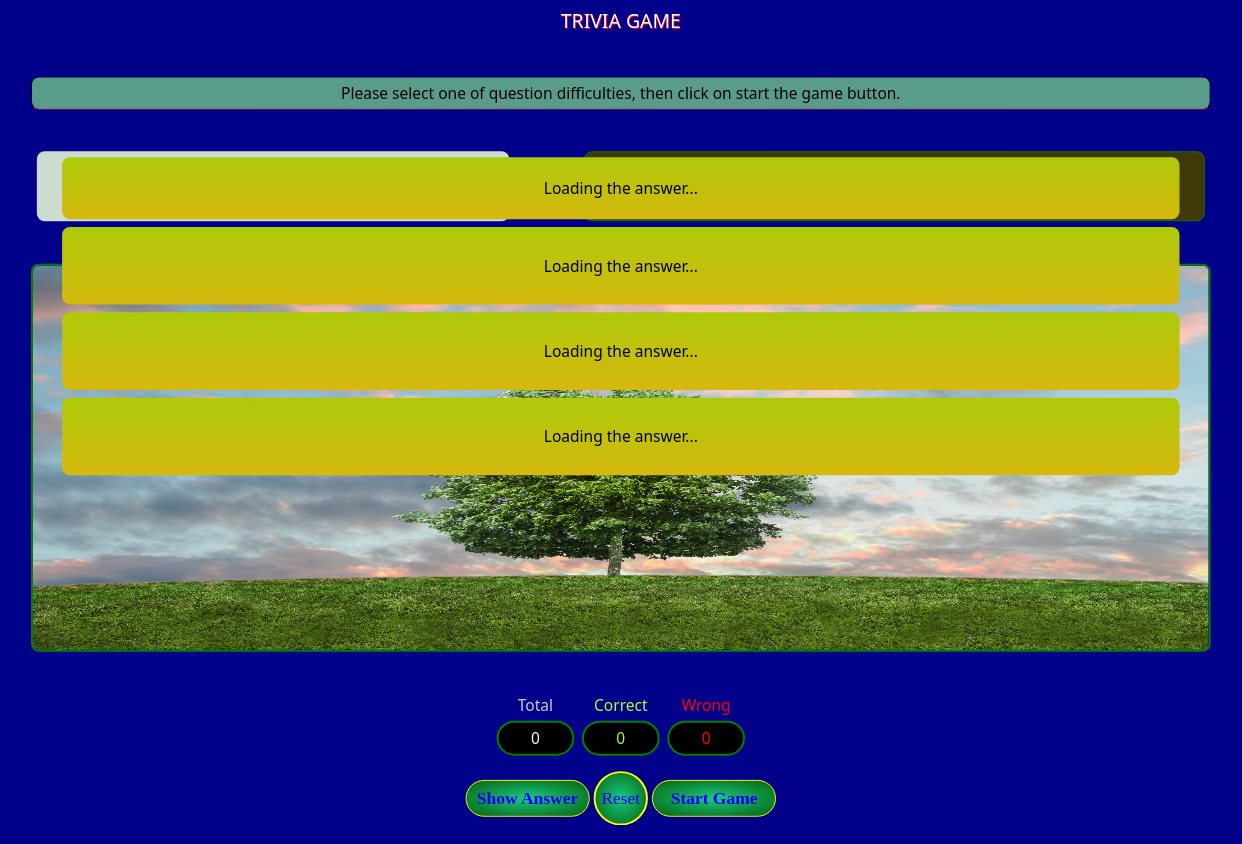
Repository: ShindanoSingi/bembe-trivia
Page: index.html
These files come from the project's save history. The page is drawn as it stood at one moment and after the next save; the edit follows.
The browser window is 1280 px wide. The pictures show the whole page, at 97% of full size.
Some web libraries are served in a nearby version.

Above is the page before, as saved 2022-09-08 00:59:12.

### index.html
<!DOCTYPE html>
<html lang="en">

    <head>
        <meta charset="UTF-8">
        <meta http-equiv="X-UA-Compatible" content="IE=edge">
        <meta name="viewport" content="width=device-width, initial-scale=1.0">
        <link rel="stylesheet" href="style.css">
        <script src="https://cdn.tailwindcss.com"></script>
        <title>Trivia Game</title>
    </head>

    <body class="">
        <div class="containerBox max-h-[100vh] my-2 flex flex-col gap-[6vh]">
            <h1 class="text-center text-xl" >TRIVIA GAME</h1>
            <div class="questionBox text-center w-[95vw] px-2 h-[8rem] p-1 mx-auto rounded-lg">
                Please select one of question difficulties, then click on start the game button.
            </div>
            <div class="category-and-difficulty-container items-center justify-around flex">
                <div class="category-container w-[38vw] h-[4.5rem] bg-[#CDDCD1] flex items-center flex-col py-[0.3rem] rounded-lg">
                    <div class="labelCategory text-sm font-bold text-black">CATEGORY</div>
                    <div class="category text-sm text-center p-1 rounded-lg">
                        Loading category...
                    </div>
                </div>
                <div class="qDifficultyBox w-[50vw] pb-1 rounded-lg items-center flex h-[4.5rem] justify-around flex-col">
                        <div id="question" class="qCat text-sm">QUESTION DIFFICULTY</div>
                        <div class="difficulties-container flex gap-1">
                            <button class="difficulty px-1.5 text-sm rounded-full" id="easy">Easy</button>
                            <button class="difficulty px-1.5 rounded-full text-sm" id="medium">Medium</button>
                            <button class="difficulty px-1.5 text-sm rounded-full" id="hard">Hard</button>
                    </div>
                </div>
            </div>
            <div class="imgAndQuestions">
                <img class="w-[95vw] h-[25rem] mx-auto" src="pexels-skitterphoto-9198.jpg" alt="nature image">
                <div class="answersButtons absolute bottom-[14.4rem] ml-[5vw] flex space-y-2 items-center  flex-col">
                    <button class="showAnswer w-[90vw] p-1 absolute bottom-[17rem] mx-auto text-sm h-[5rem]">Loading the answer...</button>
                    <button class="response w-[90vw] p-1 text-center text-md h-[4rem]" id="response1">Loading the answer...</button>
                    <button class="response w-[90vw] p-1 text-md h-[5rem]" id="response2">Loading the answer...</button>
                    <button class="response w-[90vw] p-1 text-md h-[5rem]" id="response3">Loading the answer...</button>
                    <button class="response w-[90vw] p-1 text-md h-[5rem]" id="response4">Loading the answer...</button>
                    </div>
                </div>

            <div id="bottomPart" class="flex  mx-auto flex-col items-center gap-4">
                <div class="labelsAndButtons relative left-1 flex space-x-2">
                    <div class="question-number flex flex-col items-center">
                        <p class="labels pb-1" id="labelQ">Total</p>
                        <div class="bottombuttons w-[5rem] text-center py-1" id="questionNumber">0</div>
                    </div>
                    <div class="correct-answers flex flex-col items-center">
                        <p class="labels pb-1" id="labelC">Correct</p>
                        <div class="bottombuttons w-[5rem] text-center py-1" id="correct">0</div>
                    </div>
                    <div class="wrong-answers flex flex-col items-center">
                        <p class="labels pb-1" id="labelW">Wrong</p>
                        <div class="bottombuttons w-[5rem] text-center py-1" id="wrong">0</div>
                    </div>
                    <div class="timerQuestionCorrectWrong"></div>
                </div>
                <div class="threeBottomButtons">
                    <button class="w-[8rem] text-lg py-1" id="showAnswer">Show Answer</button>
                    <button class="reset text-lg p-1 w-[3.5rem] h-[3.5rem] rounded-full">Reset</button>
                    <button class="startGame text-lg w-[8rem] py-1">Start Game</button>
                </div>
            </div>
            </div>
        <script src="./script.js"></script>
    </body>
</html>

### style.css

/* iPhone 8 and smaller */

    /*  Set h1 text to red */
    h1 {
        color: #fff;
        text-shadow: 0.05rem 0.05rem red;
    }

    /* The box containing the question */
    .questionBox {
        color: rgb(0, 0, 0);
        border: 0.02rem solid;
        background-color: rgb(89, 156, 138);
        border-bottom-color: red;
    }

    /* Label for category */
    .labelCategory {
        color: white;
    }

    /* The show answer message box */
    .showAnswer {
        color: honeydew;
        visibility: hidden;
        border: 0.1rem solid green;
        border-radius: 0.5rem;
        background-color:rgb(2, 27, 3);
    }
    /*  Individual difficulty button */
    .difficulty {
        background-image: linear-gradient(rgb(16, 221, 142), rgb(4, 58, 7));
        border: 0.2rem solid rgb(21, 139, 35);
        color: white;
    }

    /*  Class containing all difficulty buttons */
    .difficulties-container {
        border-color: green;
    }
    /* The box containing difficulty buttons */
    .qDifficultyBox {
        border: 0.14vh solid green;
        background-color: rgb(65, 56, 8);
        color: white;
    }

    /* image */
    img {
        border: 0.15rem solid green;
        border-radius: 0.5rem;
    }
    /* all response buttons */
    .response {
        border-color: green;
        background-image: linear-gradient(rgb(173, 202, 9), rgb(214, 184, 14));
        color: black;
        border-radius: 0.5rem;
    }
    /* All response buttons */
    .response:hover {
        background-image: linear-gradient(rgb(32, 90, 165), rgb(72, 168, 192));
    }

    /* Show answer button */
    #showAnswer {
        color: blue;
        border: 0.54vh solid green;
        border: 0.27vh solid yellow;
        border-radius: 20rem;
        font-family: cursive;
        font-weight: bold;
        background-image: radial-gradient(rgb(25, 201, 133), rgb(6, 99, 10));
    }
    #showAnswer:hover {
        background-image: radial-gradient(rgb(201, 25, 25), rgb(93, 99, 6));
        color: white;
    }
    /* Start game button */
    .startGame {
        color: blue;
        border: 0.54vh solid green;
        border: 0.27vh solid yellow;
        border-radius: 20rem;
        font-family: cursive;
        font-weight: bold;
        background-image: radial-gradient(rgb(25, 201, 133), rgb(6, 99, 10));
    }
    /* Start game button */
    .startGame:hover {
        background-image: radial-gradient(rgb(201, 25, 25), rgb(93, 99, 6));
        color: white;
    }
    /* Reset button */
    .reset {
        color: blue;
        border: 0.5rem solid green;
        border: 0.15rem solid yellow;
        font-family: cursive;
        background-image: radial-gradient(rgb(25, 201, 133), rgb(6, 99, 10));
    }
    /* Reset button */
    .reset:hover {
        background-image: radial-gradient(rgb(201, 25, 25), rgb(93, 99, 6));
        color: white;
    }

    /* Class containing the 3 bottom labels  (total questions, correct answers and wrong answers) */
    .question-number {
        color: rgb(205, 200, 200);
    }

    .correct-answers {
        color: greenyellow;
    }

    .wrong-answers {
        color: red;
    }

    /* The bottom boxes for total question number, correct answers and wrong answers */
    .bottombuttons {
        border: 0.15rem solid green;
        background-color: black;
        color: honeydew;
        border-radius: 2rem;
    }

    /* Set the wrong anser to red */
    #wrong {
        color: rgb(255, 0, 0);
    }
    /* Set the correct anser to green */
    #correct {
        color: greenyellow;
    }

    /* Change the color when "easy" button is hovered over */
    #easy:hover {
        background-image: linear-gradient(rgb(202, 9, 9), rgb(214, 184, 14));
    }
    /* Change the color when "easy" button is hovered over */
    #medium:hover {
        background-image: linear-gradient(rgb(202, 9, 9), rgb(214, 184, 14));
    }
    /* Change the color when "easy" button is hovered over */
    #hard:hover {
        background-image: linear-gradient(rgb(202, 9, 9), rgb(214, 184, 14));
    }

    body {
      background-color: darkblue;
    }

Loaded but not shown: script.js (421 lines, source omitted)

After the next save:
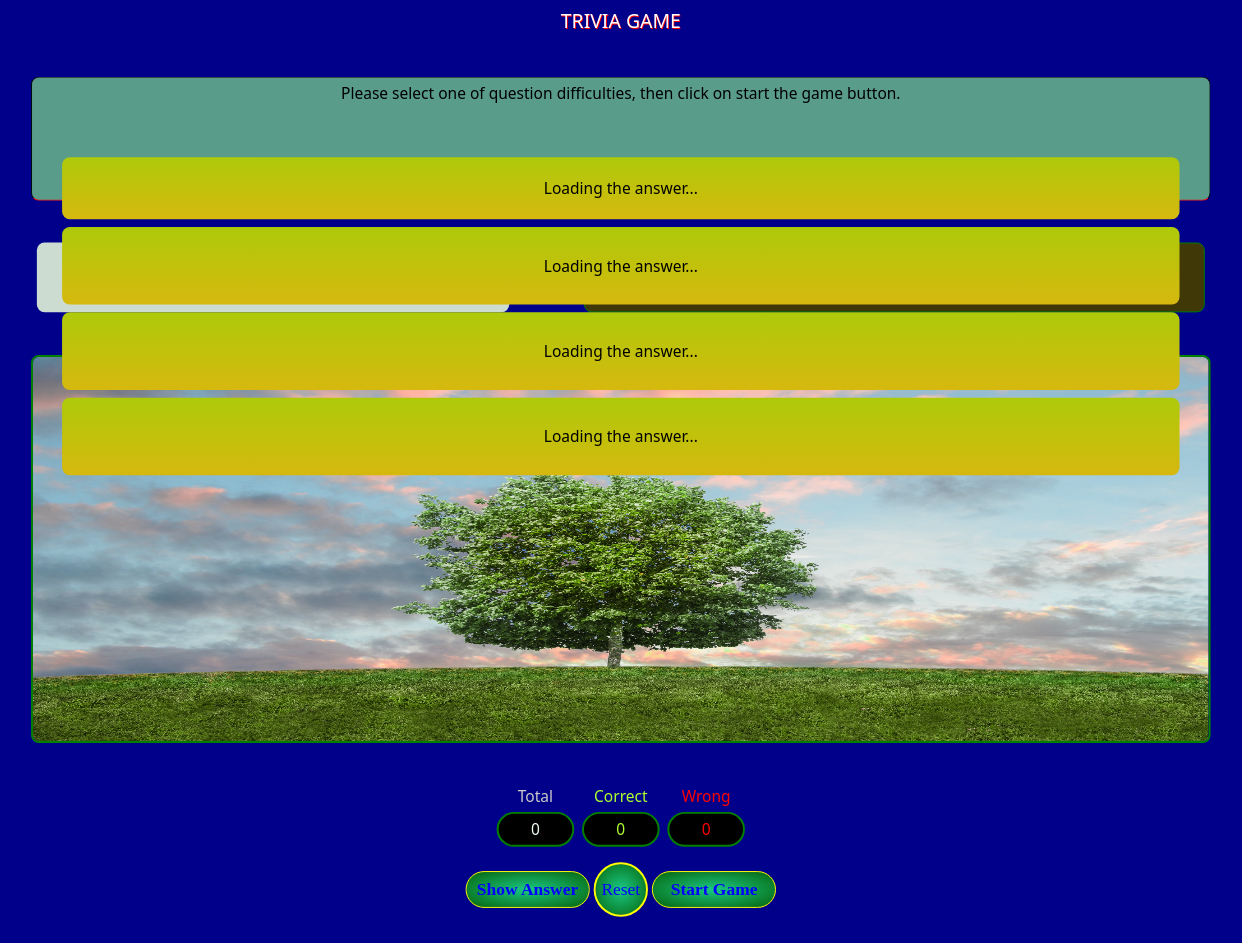
Saved 9 s later.
--- a/index.html
+++ b/index.html
@@ -11,7 +11,7 @@
     </head>
 
     <body class="">
-        <div class="containerBox max-h-[100vh] my-2 flex flex-col gap-[6vh]">
+        <div class="containerBox my-2 flex flex-col gap-[6vh]">
             <h1 class="text-center text-xl" >TRIVIA GAME</h1>
             <div class="questionBox text-center w-[95vw] px-2 h-[8rem] p-1 mx-auto rounded-lg">
                 Please select one of question difficulties, then click on start the game button.

After the save that followed:
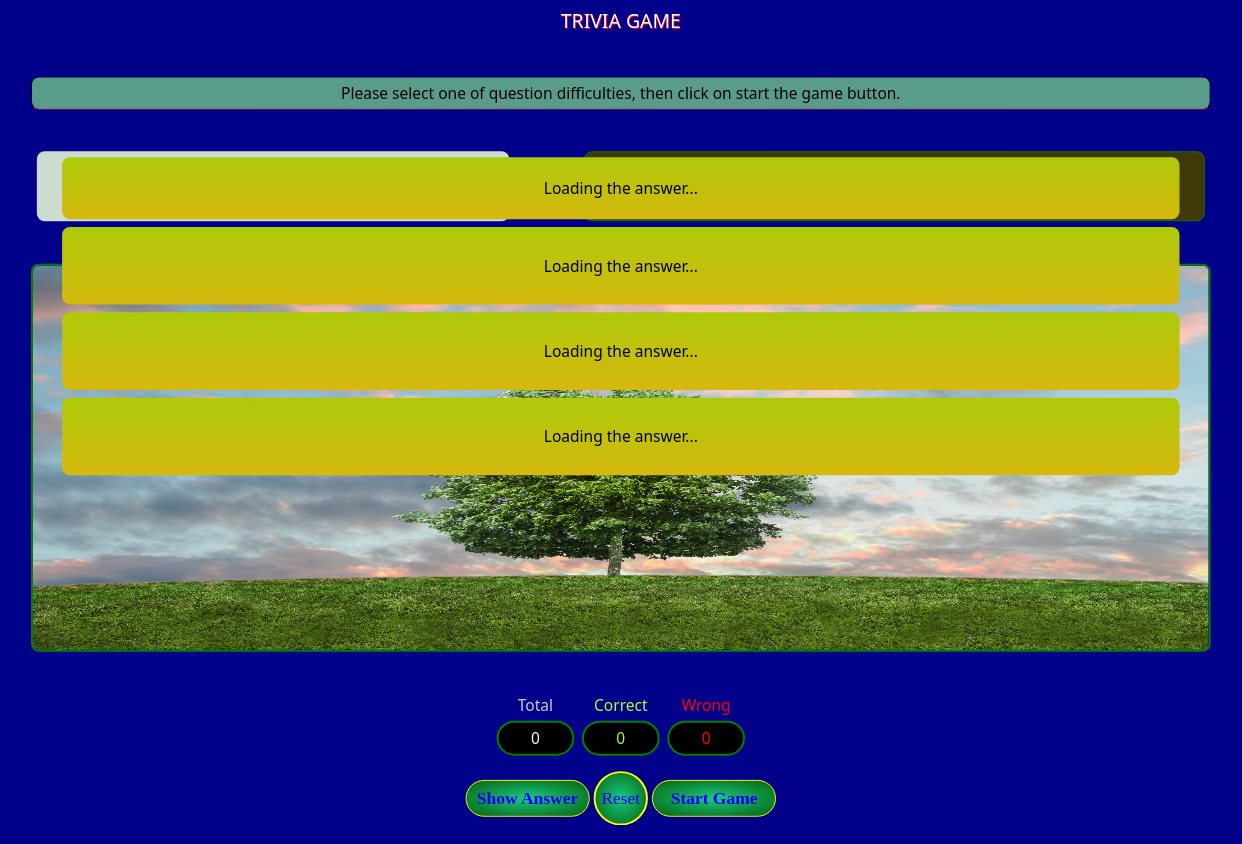
Saved 8 s later.
--- a/index.html
+++ b/index.html
@@ -11,7 +11,7 @@
     </head>
 
     <body class="">
-        <div class="containerBox my-2 flex flex-col gap-[6vh]">
+        <div class="containerBox max-h-[100vh] my-2 flex flex-col gap-[6vh]">
             <h1 class="text-center text-xl" >TRIVIA GAME</h1>
             <div class="questionBox text-center w-[95vw] px-2 h-[8rem] p-1 mx-auto rounded-lg">
                 Please select one of question difficulties, then click on start the game button.
